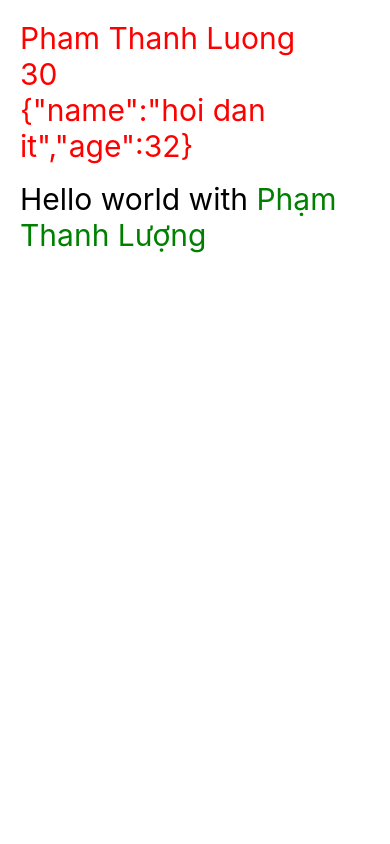
Repository: LuongPTCE181311/React-Native-Ultimate
Screen: /
The author's editor kept a copy of each file at every save. The screen is drawn from the files as they stood at one save, then again after a run of saves.
The app was drawn by React Native's web renderer in a window 390 px wide. The project was rebuilt for these pictures with package versions that can differ from the ones it lists, and the page was loaded fresh each time. Some packages were replaced by stand-ins written for this rebuild.

Above is the screen before, as saved 2026-05-30 15:28:24.

### App.tsx
import { StatusBar } from 'expo-status-bar';
import { useState } from 'react';
import { StyleSheet, Text, TextInput, View } from 'react-native';


export default function App() {

  const [name, setName] = useState<string>("Pham Thanh Luong");

  const [age, setAge] = useState<number>(30);

  const [person, setPerson] = useState<{
    name: string;
    age: number;
  }>({
    name: "hoi dan it",
    age: 32
  })
  return (
    <View style={styles.container}>
      <View>
        <Text style={styles.text} >{name}</Text>
        <Text style={styles.text} >{age}</Text>
        <Text style={styles.text} >{JSON.stringify(person)}</Text>
        <TextInput style={styles.borderInput}/>
      </View>
      <Text style={styles.text2}>Hello world with
        <Text style={styles.greenColor}> Phạm Thanh Lượng</Text>
      </Text>
    </View>
  );
}

const styles = StyleSheet.create({
  greenColor: {
    color: "green"
  },
  text: {
    fontSize: 30,
    color: "red"
  },
  text2: {
    fontSize: 30
  },
  container: {
    flex: 1,
    backgroundColor: '#fff',
    // alignItems: 'center',
    // justifyContent: 'center'
    padding: 20,
  },
  borderInput: {
    borderColor: "violet",

  }
});

Loaded but not shown: index.ts (common file)

After the next 4 saves:
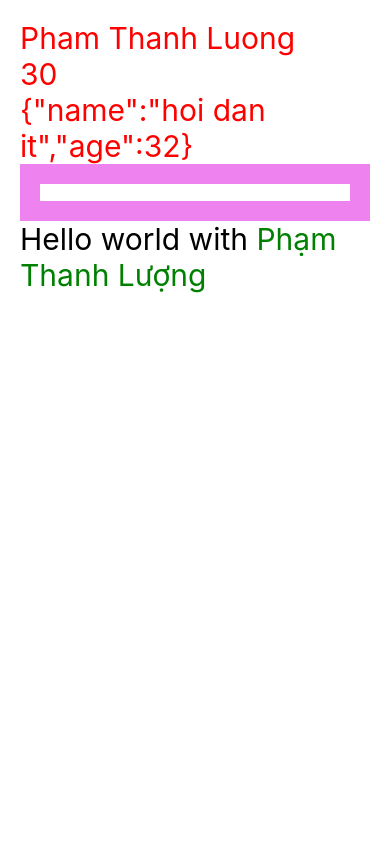
The 4 saves are shown as one change because they came seconds apart.
The last was saved 10 s later.
--- a/App.tsx
+++ b/App.tsx
@@ -51,6 +51,6 @@ const styles = StyleSheet.create({
   },
   borderInput: {
     borderColor: "violet",
-
+    borderWidth: 20
   }
 });
